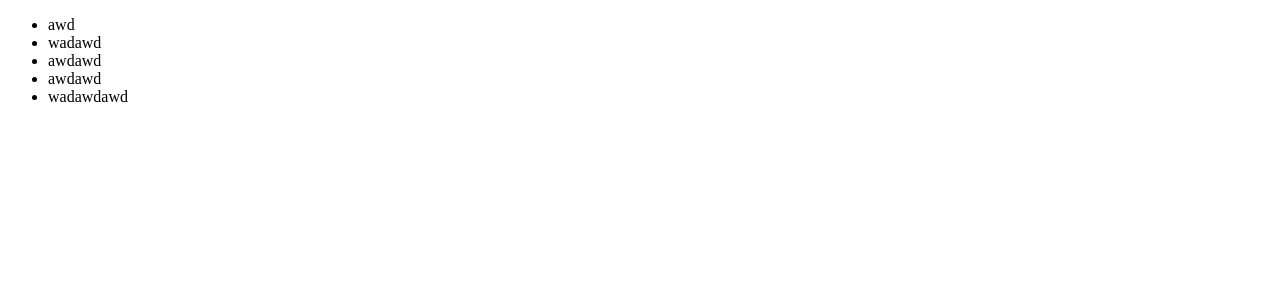
Repository: nguyenthibaongoc1603/Quynh
Page: test.html
These files come from the project's save history. The page is drawn as it stood at one moment and after the next save; the edit follows.
The browser window is 1280 px wide. The pictures show the whole page.

Above is the page before, as saved 2022-05-16 16:38:48.

After the next save:
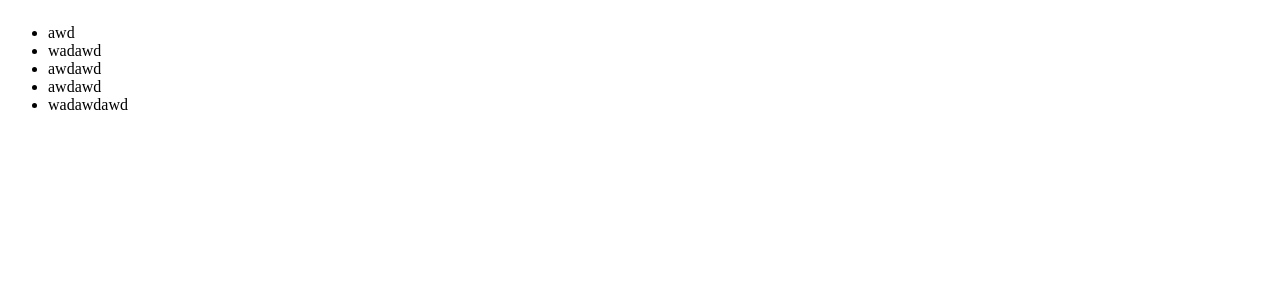
Saved 16 s later.
--- a/test.html
+++ b/test.html
@@ -5,6 +5,12 @@
     <meta http-equiv="X-UA-Compatible" content="IE=edge">
     <meta name="viewport" content="width=device-width, initial-scale=1.0">
     <title>Document</title>
+    <style>
+        nav {
+            position: fixed;
+
+        }
+    </style>
 </head>
 <body>
     <nav>
